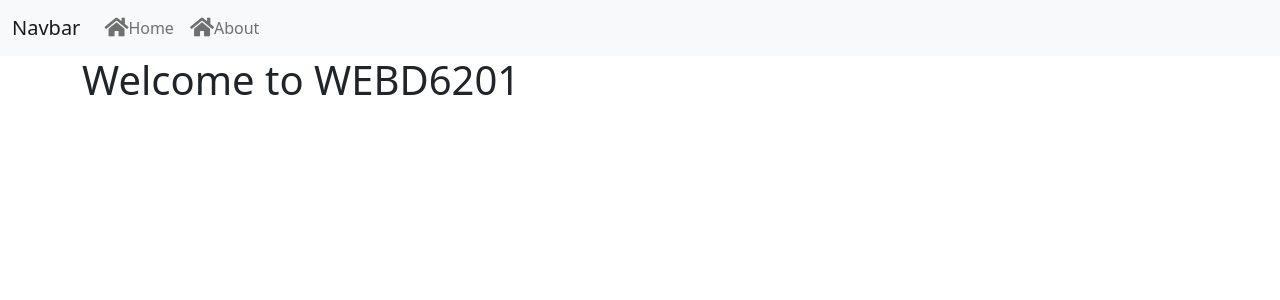
Repository: deividwsantoss/webd6201-W2021-ICE1
Page: Index.html
The author's editor kept a copy of each file at every save. The page is drawn from the files as they stood at one save, then again after the next save.
The browser window is 1280 px wide. The pictures show the whole page.

Above is the page before, as saved 2021-02-02 10:07:12.

After the next save:
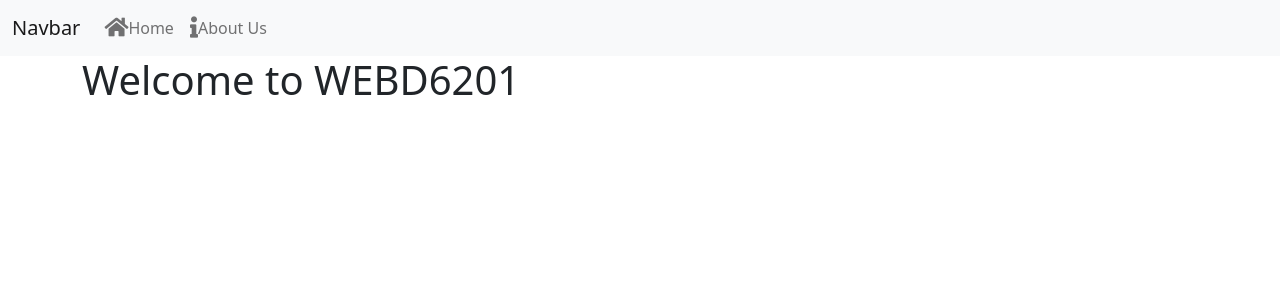
Saved 19 s later.
--- a/Index.html
+++ b/Index.html
@@ -24,7 +24,7 @@
                     <a class="nav-link" aria-current="page" href="#"><i class="fas fa-home fa-lg"></i>Home</a>
                   </li>
                   <li class="nav-item">
-                    <a class="nav-link" aria-current="page" href="#"><i class="fas fa-home fa-lg"></i>About</a>
+                    <a class="nav-link" aria-current="page" href="#"><i class="fas fa-info fa-lg"></i>About Us</a>
                   </li>
 
                 </ul>
